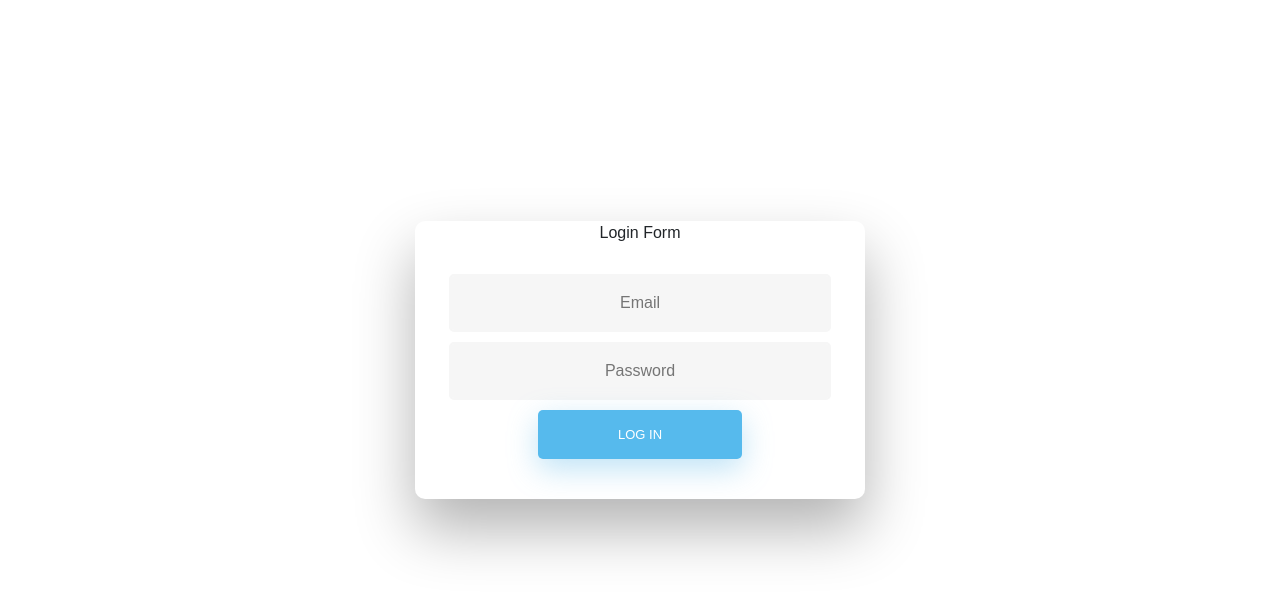
Repository: Rajat-Jain29/Java-Spring-Boot
Page: Registration/Registration/WebContent/log.html
An editor plug-in stored every save of this project. The page is shown before and after the next save, followed by the edit.
The browser window is 1280 px wide. The pictures show the whole page.
Some web libraries are served in a nearby version.

Above is the page before, as saved 2021-03-21 13:05:53.
Console error: TypeError: Cannot read properties of undefined (reading 'fn')

### Registration/Registration/WebContent/log.html
<!DOCTYPE html>
<html>
<head>
<meta charset="ISO-8859-1">
<title>Insert title here</title>
<link href="//maxcdn.bootstrapcdn.com/bootstrap/4.0.0/css/bootstrap.min.css" rel="stylesheet" id="bootstrap-css">
<script src="//maxcdn.bootstrapcdn.com/bootstrap/4.0.0/js/bootstrap.min.js"></script>
<script src="//cdnjs.cloudflare.com/ajax/libs/jquery/3.2.1/jquery.min.js"></script>

<style>

/* BASIC */

html {
  background-color: #56baed;
}

body {
  font-family: "Poppins", sans-serif;
  height: 100vh;
}

a {
  color: #92badd;
  display:inline-block;
  text-decoration: none;
  font-weight: 400;
}

h2 {
  text-align: center;
  font-size: 16px;
  font-weight: 600;
  text-transform: uppercase;
  display:inline-block;
  margin: 40px 8px 10px 8px;
  color: #cccccc;
}



/* STRUCTURE */

.wrapper {
  display: flex;
  align-items: center;
  flex-direction: column;
  justify-content: center;
  width: 100%;
  min-height: 100%;
  padding: 20px;
}

#formContent {
  -webkit-border-radius: 10px 10px 10px 10px;
  border-radius: 10px 10px 10px 10px;
  background: #fff;
  padding: 30px;
  width: 90%;
  max-width: 450px;
  position: relative;
  padding: 0px;
  -webkit-box-shadow: 0 30px 60px 0 rgba(0,0,0,0.3);
  box-shadow: 0 30px 60px 0 rgba(0,0,0,0.3);
  text-align: center;
}

#formFooter {
  background-color: #f6f6f6;
  border-top: 1px solid #dce8f1;
  padding: 25px;
  text-align: center;
  -webkit-border-radius: 0 0 10px 10px;
  border-radius: 0 0 10px 10px;
}



/* TABS */

h2.inactive {
  color: #cccccc;
}

h2.active {
  color: #0d0d0d;
  border-bottom: 2px solid #5fbae9;
}



/* FORM TYPOGRAPHY*/

input[type=button], input[type=submit], input[type=reset]  {
  background-color: #56baed;
  border: none;
  color: white;
  padding: 15px 80px;
  text-align: center;
  text-decoration: none;
  display: inline-block;
  text-transform: uppercase;
  font-size: 13px;
  -webkit-box-shadow: 0 10px 30px 0 rgba(95,186,233,0.4);
  box-shadow: 0 10px 30px 0 rgba(95,186,233,0.4);
  -webkit-border-radius: 5px 5px 5px 5px;
  border-radius: 5px 5px 5px 5px;
  margin: 5px 20px 40px 20px;
  -webkit-transition: all 0.3s ease-in-out;
  -moz-transition: all 0.3s ease-in-out;
  -ms-transition: all 0.3s ease-in-out;
  -o-transition: all 0.3s ease-in-out;
  transition: all 0.3s ease-in-out;
}

input[type=button]:hover, input[type=submit]:hover, input[type=reset]:hover  {
  background-color: #39ace7;
}

input[type=button]:active, input[type=submit]:active, input[type=reset]:active  {
  -moz-transform: scale(0.95);
  -webkit-transform: scale(0.95);
  -o-transform: scale(0.95);
  -ms-transform: scale(0.95);
  transform: scale(0.95);
}

input[type=text] {
  background-color: #f6f6f6;
  border: none;
  color: #0d0d0d;
  padding: 15px 32px;
  text-align: center;
  text-decoration: none;
  display: inline-block;
  font-size: 16px;
  margin: 5px;
  width: 85%;
  border: 2px solid #f6f6f6;
  -webkit-transition: all 0.5s ease-in-out;
  -moz-transition: all 0.5s ease-in-out;
  -ms-transition: all 0.5s ease-in-out;
  -o-transition: all 0.5s ease-in-out;
  transition: all 0.5s ease-in-out;
  -webkit-border-radius: 5px 5px 5px 5px;
  border-radius: 5px 5px 5px 5px;
}

input[type=text]:focus {
  background-color: #fff;
  border-bottom: 2px solid #5fbae9;
}

input[type=text]:placeholder {
  color: #cccccc;
}



/* ANIMATIONS */

/* Simple CSS3 Fade-in-down Animation */
.fadeInDown {
  -webkit-animation-name: fadeInDown;
  animation-name: fadeInDown;
  -webkit-animation-duration: 1s;
  animation-duration: 1s;
  -webkit-animation-fill-mode: both;
  animation-fill-mode: both;
}

@-webkit-keyframes fadeInDown {
  0% {
    opacity: 0;
    -webkit-transform: translate3d(0, -100%, 0);
    transform: translate3d(0, -100%, 0);
  }
  100% {
    opacity: 1;
    -webkit-transform: none;
    transform: none;
  }
}

@keyframes fadeInDown {
  0% {
    opacity: 0;
    -webkit-transform: translate3d(0, -100%, 0);
    transform: translate3d(0, -100%, 0);
  }
  100% {
    opacity: 1;
    -webkit-transform: none;
    transform: none;
  }
}

/* Simple CSS3 Fade-in Animation */
@-webkit-keyframes fadeIn { from { opacity:0; } to { opacity:1; } }
@-moz-keyframes fadeIn { from { opacity:0; } to { opacity:1; } }
@keyframes fadeIn { from { opacity:0; } to { opacity:1; } }

.fadeIn {
  opacity:0;
  -webkit-animation:fadeIn ease-in 1;
  -moz-animation:fadeIn ease-in 1;
  animation:fadeIn ease-in 1;

  -webkit-animation-fill-mode:forwards;
  -moz-animation-fill-mode:forwards;
  animation-fill-mode:forwards;

  -webkit-animation-duration:1s;
  -moz-animation-duration:1s;
  animation-duration:1s;
}

.fadeIn.first {
  -webkit-animation-delay: 0.4s;
  -moz-animation-delay: 0.4s;
  animation-delay: 0.4s;
}

.fadeIn.second {
  -webkit-animation-delay: 0.6s;
  -moz-animation-delay: 0.6s;
  animation-delay: 0.6s;
}

.fadeIn.third {
  -webkit-animation-delay: 0.8s;
  -moz-animation-delay: 0.8s;
  animation-delay: 0.8s;
}

.fadeIn.fourth {
  -webkit-animation-delay: 1s;
  -moz-animation-delay: 1s;
  animation-delay: 1s;
}

/* Simple CSS3 Fade-in Animation */
.underlineHover:after {
  display: block;
  left: 0;
  bottom: -10px;
  width: 0;
  height: 2px;
  background-color: #56baed;
  content: "";
  transition: width 0.2s;
}

.underlineHover:hover {
  color: #0d0d0d;
}

.underlineHover:hover:after{
  width: 100%;
}



/* OTHERS */

*:focus {
    outline: none;
}

#icon {
  width:60%;
}

</style>

</head>

<body>
<div class="wrapper fadeInDown">
  <div id="formContent">
    <!-- Tabs Titles -->

    <!-- Icon -->
    <div>
    Login Form

    </div>
   <br>
    <!-- Login Form -->
    <form action="Login" method="post">
      <input type="text" id="email" class="fadeIn second" name="email" placeholder="Email">
      <input type="text" id="password" class="fadeIn third" name="password" placeholder="Password">
      <input type="submit" class="fadeIn fourth" value="Log In">
    </form>
    <!-- Remind Passowrd -->


  </div>
</div>
</body>
</html>

After the next save:
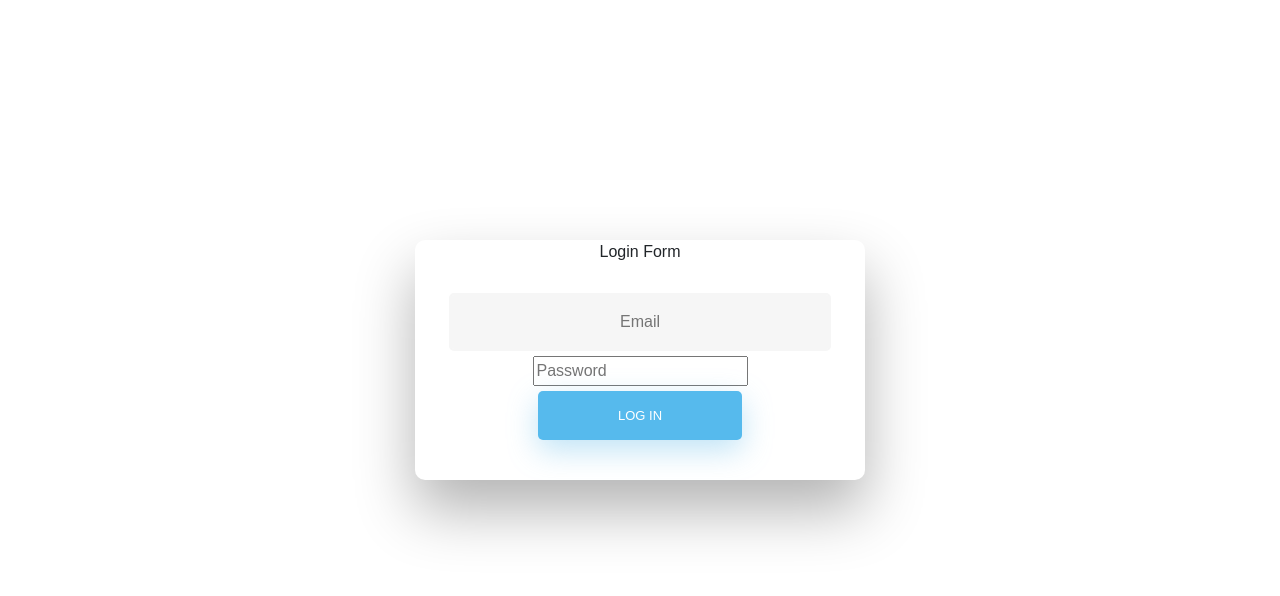
Saved 38 s later.
--- a/Registration/Registration/WebContent/log.html
+++ b/Registration/Registration/WebContent/log.html
@@ -288,8 +288,8 @@
    <br>
     <!-- Login Form -->
     <form action="Login" method="post">
-      <input type="text" id="email" class="fadeIn second" name="email" placeholder="Email">
-      <input type="text" id="password" class="fadeIn third" name="password" placeholder="Password">
+      <input type="text" id="email" class="fadeIn second" name="email" placeholder="Email" required="required">
+      <input type="password" class="fadeIn third" name="password" placeholder="Password" required="required">
       <input type="submit" class="fadeIn fourth" value="Log In">
     </form>
     <!-- Remind Passowrd -->

After the 2 saves that followed:
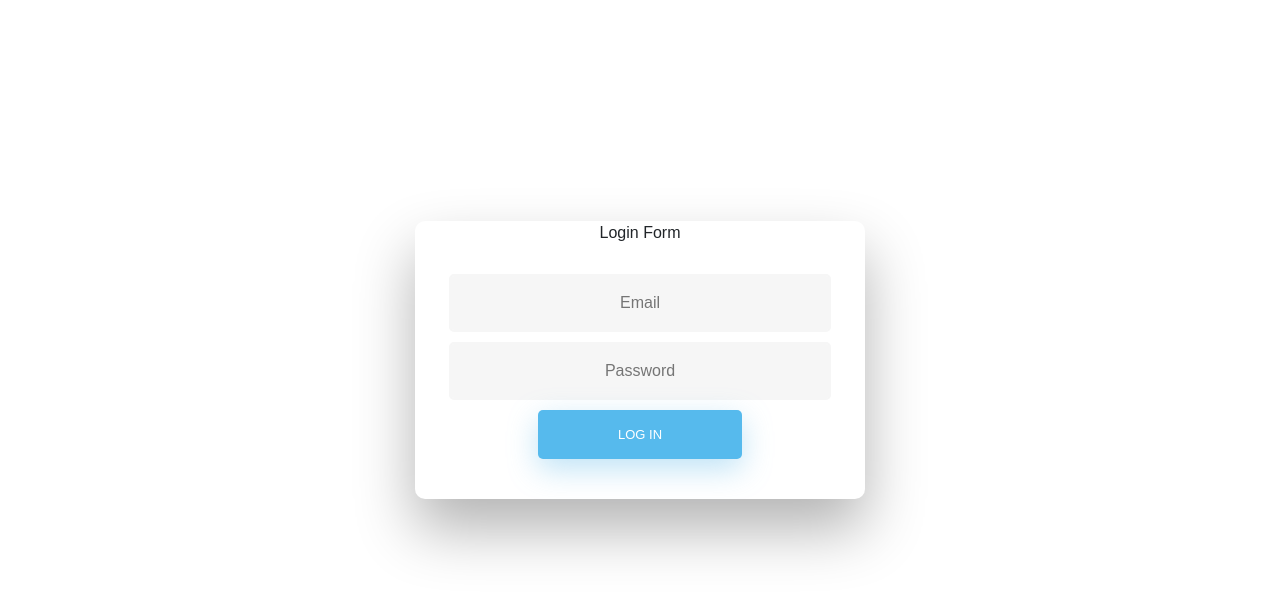
The 2 saves are shown as one change because 1 left the picture as it was.
The last was saved 3 min 47 s later.
--- a/Registration/Registration/WebContent/log.html
+++ b/Registration/Registration/WebContent/log.html
@@ -288,8 +288,8 @@
    <br>
     <!-- Login Form -->
     <form action="Login" method="post">
-      <input type="text" id="email" class="fadeIn second" name="email" placeholder="Email" required="required">
-      <input type="password" class="fadeIn third" name="password" placeholder="Password" required="required">
+      <input type="text" id="email" class="fadeIn second" name="email" placeholder="Email">
+      <input type="text" id="password" class="fadeIn third" name="password" placeholder="Password">
       <input type="submit" class="fadeIn fourth" value="Log In">
     </form>
     <!-- Remind Passowrd -->
